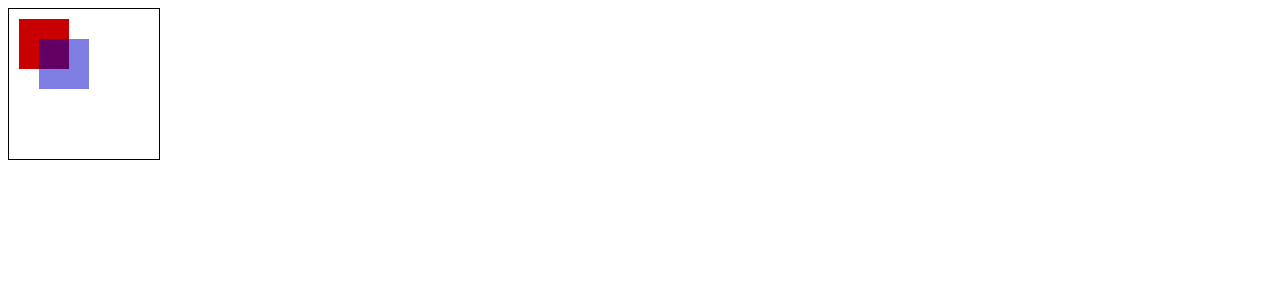
Repository: SeungYn/Javascript-study-toy
Page: canvas-tutorial/index.html
An editor plug-in stored every save of this project. The page is shown before and after the next save, followed by the edit.
The browser window is 1280 px wide. The pictures show the whole page.

Above is the page before, as saved 2023-03-14 11:05:57.

After the next save:
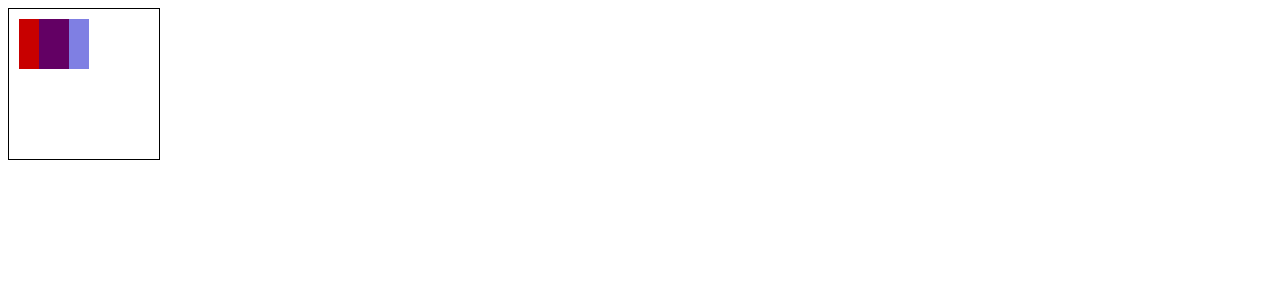
Saved 9 min 14 s later.
--- a/canvas-tutorial/index.html
+++ b/canvas-tutorial/index.html
@@ -23,6 +23,6 @@
     ctx.fillRect(10, 10, 50, 50);
 
     ctx.fillStyle = 'rgba(0, 0, 200, 0.5)';
-    ctx.fillRect(30, 30, 50, 50);
+    ctx.fillRect(30, 10, 50, 50);
   </script>
 </html>
